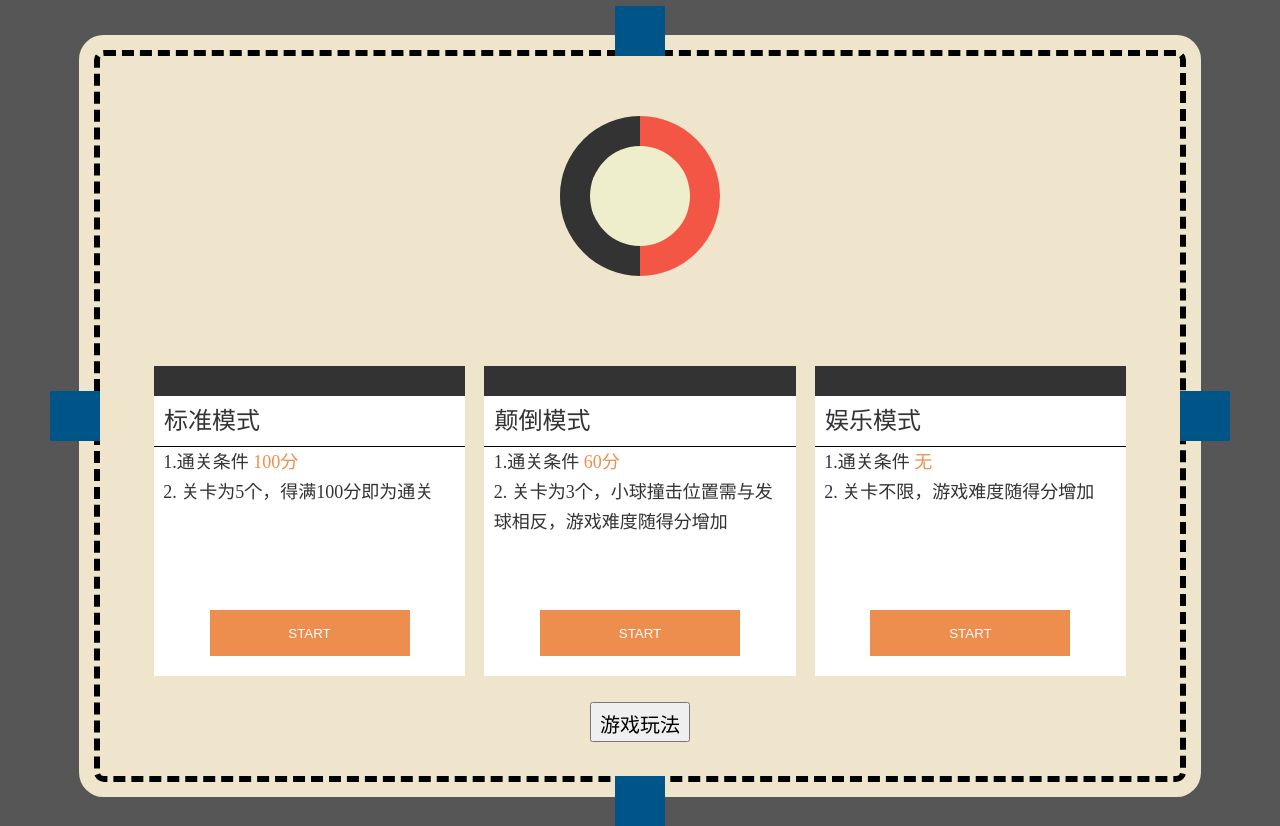
Repository: EEETA/ball-game
Page: theBall2/index.html
An editor plug-in stored every save of this project. The page is shown before and after the next save, followed by the edit.
The browser window is 1280 px wide. The pictures show the whole page.

Above is the page before, as saved 2018-08-02 16:29:29.

### theBall2/index.html
<!DOCTYPE html>
<html lang="en">
<head>
    <meta charset="UTF-8">
    <title>theBall</title>
	<link rel="stylesheet" href="style/index.css">
    <script src="js/jquery-1.8.3.min.js"></script>
	<script src="js/jquery.rotate.min.js"></script>
</head>
<body>
    <section class="box">
        <!-- 旋转div -->
        <section class="ball ballZhuan">
            <div class="redPart_box">
                <div class="redPart"></div>
            </div>
            <div class="blackPart_box">
                <div class="blackPart"></div>
            </div>
            <div class="middlePart"></div>
        </section>
        <div class="ball2"></div>

        <section class="idx_pattern">
            <!-- 主界面-游戏模式 -->
        </section>
        <section class="idx_intro">
            <!-- 主界面-游戏玩法 -->
        </section>

        <section class="game_mask">
        <!-- 游戏界面-娱乐模式遮罩提示层 -->
        </section>
        <div class="arrow">
            <!-- 升级效果 -->
        </div>
        <section class="game_shootBox">
            <!-- 游戏界面-小球发射台 -->
        </section>
        <section class="game_fraction">
            <!-- 游戏界面-分数血量显示 -->
        </section>
        <section class="game_hanlder">
            <!-- 游戏界面-结束模块 -->
        </section>
    </div>

    <script src="data/data.js"></script>
    <script>
        const patternLen = pattern.length;
        const idxPattern = document.querySelector('.idx_pattern');
        const idxIntro = document.querySelector('.idx_intro');
        const gameShootBox = document.querySelector('.game_shootBox');
        const gameFraction = document.querySelector('.game_fraction');
        const gameHanlder = document.querySelector('.game_hanlder');
        const gameMask = document.querySelector('.game_mask');
        var my=[];
        /*主界面-游戏模式*/
        for(var i=0;i<patternLen;i++){
            let idxPatternMain=`<div class="playWrap">
                                    <div class="playTit"> ${pattern[i].patternName} </div>
                                    <div class="playIntroduce">
                                        <div class="playIntroduceTxt">1.通关条件 <span style="color:#EE8E4E"> ${pattern[i].explain.condition} </span></div>
                                        <div class="playIntroduceTxt">2. ${pattern[i].explain.produce} </div>
                                    </div>
                                    <button class="start">START</button>
                                </div>`
            idxPattern.innerHTML+=idxPatternMain;
        }
        /*主界面-游戏玩法*/
        let produceTxt=`<div class="introTxt">
                            <div>
                                1.按空格键/AD可旋转 <img src="img/img1.png" alt="" class="sizeOne">
                            </div>
                            <div>
                                2.当<img src="img/img2.png" alt="" class="sizeOne">掉落时,根据模式将 <img src="img/img1.png" alt="" class="sizeOne"> 旋转到对应的颜色即可得1分,反之<span style="color:red">HP-1</span>
                            </div>
                            <div>
                                3.进入游戏后，每个玩家血量为5,右上角为分数面板 <img src="img/img3.png" alt="" class="sizeTwo"> 左侧为当前分数,右侧为当前关卡上限,分数达到上限即可进入下一关
                            </div>
                        </div>
                        <button class="introTxtBtn">游戏玩法</button>`
        idxIntro.innerHTML=produceTxt;



        /*游戏界面-小球发射台*/
        let gameShootBoxMain=`<div class="top">
                                    <div class="div_middle"></div>
                                </div>
                                <div class="bottom">
                                    <div class="div_middle"></div>
                                </div>
                                <div class="left">
                                    <div class="div_middle"></div>
                                </div>
                                <div class="right">
                                    <div class="div_middle"></div>
                                </div>`
        gameShootBox.innerHTML+=gameShootBoxMain;
        /*游戏界面-分数血量显示*/
        let gameFractionMain=`<div class="life">HP:
                                    <div class="hp_div">
                                        <div class="hp_div_main"></div>
                                    </div>
                                </div>
                                <div class="fraction">
                                    <span class="fraction_left"></span>
                                    /
                                    <span class="fraction_right"></span>
                                </div>`
        gameFraction.innerHTML=gameFractionMain;
        /*游戏界面-结束模块*/
        let gameHanlderMain=`<div class="interface">
                                <div class="over">Game Over</div>
                                <div class="success">成功通关</div>
                            </div>
                            <div class="button_box">
                                <button class="button_left">再玩一次</button>
                                <button class="button_right">返回大厅</button>
                            </div>`
        gameHanlder.innerHTML=gameHanlderMain;
        /*游戏界面-娱乐模式遮罩提示层*/
        let gameMaskMain=`<div class="Mask_span">
                                <span>按A键向左转</span>
                                <span>按D键向右转</span>
                            </div>
                            <span class="Mask_p">- 按空格键继续 -</span>`
        gameMask.innerHTML=gameMaskMain;
    </script>
    <script src="js/index.js"></script>
    <script src="js/animation.js"></script>
</body>
</html>

### theBall2/style/index.css
@charset "UTF-8";
html{background: #565656;}
body{-webkit-user-select:none;-moz-user-select:none;-ms-user-select:none; user-select:none;}
input{border: none;outline: none;-webkit-tap-highlight-color: #000000;-webkit-tap-highlight-color: rgba(0, 0, 0, 0);}
button{outline: none;}

.box{
    position: relative;
    margin: 50px auto 0;
    /* overflow: hidden; */
    width: 1080px;
    height: 720px;
    background: #eee5cc;
    border: 6px dashed #000;
    box-shadow: 0 0 0 15px #eee5cc;
    border-radius: 10px;
}
/*两种小球制作*/
.ball{
    position: relative;
    width: 160px;
    height: 160px;
    margin:60px auto 0;
    /* transform:rotate(0deg);
    -ms-transform:rotate(0deg);
    -moz-transform:rotate(0deg);
    -webkit-transform:rotate(0deg);
    -o-transform:rotate(0deg); */
    opacity:1
}
.redPart_box,.blackPart_box{
    height: 50%;
    overflow:hidden;
}
.redPart,.blackPart{
    position: relative;
    height: 160px;
    width: 160px;
    border-radius:50%
}
.redPart{background: #f45646;}
.blackPart{background: #333;top:-100%}
/* .redPart{background: #ff9b9b;}
.blackPart{background: #2aa1a7;top:-100%} */
.middlePart{
    position: absolute;
    left: 30px;
    top: 30px;
    width: 100px;
    height:100px;
    border-radius: 50%;
    background:#eec;
}
.ballZhuan{
    animation-name:rotate;
    animation-iteration-count: infinite;
    animation-duration: 4s;
    animation-timing-function: linear;
}
@keyframes rotate{
    0%{
        transform:rotate(0deg)
    }
    100%{
         transform:rotate(360deg)
    }
}



.div_middle{
    position: relative;
    margin: 0 auto;
    width: 50px;
    height: 50px;
    background: #058;
}
.div_ball{
    position: absolute;
    width: 100%;
    height:100%;
    background:#f45646;
    border-radius: 50%;
    /* top: 0;
    left: 0; */
}
.ball_middle{
    height: 75px;
    width:75px;
    border-radius: 50%;
    background: #333;
    opacity:0.5;
    position: absolute;
    top: calc(50% - 37px);
    left:calc(50% - 37px);
}
.top,.bottom{position: absolute;left:0;right:0;}
.left,.right{position: absolute;top:50%;margin-top: -25px;}
.left{left: -50px}
.right{right: -50px}
.top{top: -50px}
.bottom{bottom:-50px}
/* .left .div_middle,.right .div_middle{position: absolute;top: 106px;} */

.game_fraction{
    width: 100%;
    height: 80px;
    top:50px;
    position: absolute;
    display: none;
}
.life{width: 60%;height: 100%;display: inline-block;line-height: 80px;text-indent: 10px;color:#f00;}
.fraction{width: 30%;height: 100%;text-align: center;line-height: 80px;float: right;margin-right: 10px;font-size: 30px;}
.fraction span{color:#333;}
.firworks{width: 4px;height: 4px;position: absolute;border-radius: 50%}
.over,.success{position: absolute;top:43%;font-size: 60px;opacity:0;z-index: 30;width: 100%;text-align: center;}
.arrow{height: 300px;width: 500px;position: absolute;top: calc(50% - 150px);left: calc(50% - 250px);}
.arrow span{font-size: 30px;color: #333;position: absolute;left: calc(50% - 145px);top: 150px;opacity: 0;height: 100px;width: 300px;text-align: center;}
 .img{height:80px;width: 30px;position: absolute;}

.ball2{
    width: 0;
    height: 0;
    border-top:20px solid #f45646;
    border-bottom: 20px solid #333;
    border-left:20px solid #efa97a;
    border-right:20px solid #6dd3ce;
    border-width: 86px;
    position: absolute;
    top: calc(50% - 90px);
    left: calc(50% - 85px);
    opacity: 0;
    /* z-index: 10;
    transform:rotate(0deg); */
    /* border-radius: 50%; */
}

.button_box{
    position: absolute;
    left:0;
    right:0;
    bottom:45px;
    margin:0 auto;
    width: 380px;
    display: none;
    opacity: 0;
}
.button_left,.button_right{
    height: 46px;
    width: 150px;
    background:#333;
    border-radius:3px;
    font-size: 24px;
    color:#fff;
    cursor:pointer;
    border:none;
}
.button_left:hover,.button_right:hover{background: #f45646;}
.button_left{float:left;}
.button_right{float:right;}


/************************************游戏玩法***********************************/
.introTxtBtn{
    position: absolute;
    bottom: 34px;
    font-size: 20px;
    cursor:pointer;
    z-index: 1000;
    left: calc(50% - 50px);
    height: 40px;
    width: 100px;
    text-align: center;
    line-height: 40px
}
.introTxtBtn:hover{
    background: #333;
    color: #fff;
}
.introTxt{
    width: 500px;
    height: 530px;
    left: calc(50% - 250px);
    top: calc(50% - 300px);
    line-height: 40px;
    background: #fff;
    border-radius: 5px;
    display: none;
    z-index: 1001;
    position: absolute;
}
.sizeOne,.sizeTwo{
    position:relative;
    top: 10px;
}
.sizeOne{width: 40px;}
.sizeTwo{width: 80px;}
.introTxt div{margin:30px auto;width: 90%;font-size: 24px}
.introTxt p{display: inline-block;}



.hp_div{display: inline-block;width: 180px;height: 40px;border:1px solid red;vertical-align:middle;border-radius: 4px;}
.hp_div_main{height: 100%;width: 100%;background: red;border-radius: 3px;}


.game_mask{
    display: none;
    position: absolute;
    width: 100%;
    height: 100%;
    top: 0;
    left: 0;
    background: rgba(51,51,51,.5);
    font-size: 30px;
    color: #fff;
    z-index: 1;
}
.Mask_span{
    position: absolute;
    top:calc(50% - 100px);
    opacity: 1;
    width: 100%;
    text-align: center;
    line-height: 100px;
}
.Mask_span span{
    display: block;
}
.Mask_p {
    position: absolute;
    bottom: 150px;
    width: 100%;
    text-align: center;
    font-size:40px;
    color: #000;
    animation-name:opacity;
    animation-iteration-count: infinite;
    animation-duration: 1.8s;
}
@keyframes opacity{
    0%{
        opacity:0
    }
    50%{
        opacity: 1
    }
    100%{
        opacity:0
    }
}


/*playFour*/
.idx_pattern{
    overflow:auto;
    position: relative;
    margin: 0 auto;
    width: 90%;
    margin-top: 90px;
}
.playWrap{
    overflow: hidden;
    position: relative;
    float:left;
    width: 32%;
    height: 280px;
    background:#fff;
    color:#333;
    border-top: 30px solid;
}
.playWrap:nth-child(2){margin: 0 2%;}
.playWrap:hover{
    background: rgba(255,255,255,.7)
}
.playTit{
    /* width: 100%; */
    border-bottom: 1px solid #000;
    font-size: 24px;
    line-height: 50px;
    text-indent: 10px;
}
.playIntroduce{
    font-size: 18px;
    text-align: left;
    line-height: 30px;
    margin: 0 auto;
    width: 94%;
}
.start{
    position:absolute;
    bottom:0;
    left:0;
    right:0;
    width: 200px;
    height: 46px;
    background: #EE8E4E;
    color: #fff;
    outline: none;
    margin: 0 auto 20px;
    cursor: pointer;
    border: none;
}
.start:hover{background: rgba(51,51,51,1)}

### theBall2/data/data.js

/*
patternName：模式名称
explain：游戏说明
condition：过关条件
produce：关卡介绍
tip：其他
*/
var pattern=[
    {
        patternName:'标准模式',
        explain:{
            condition:'100分',
            produce:'关卡为5个，得满100分即为通关',
            tip:''
        }
    },
    {
        patternName:'颠倒模式',
        explain:{
            condition:'60分',
            produce:'关卡为3个，小球撞击位置需与发球相反，游戏难度随得分增加',
            tip:''
        }
    },
    {
        patternName:'娱乐模式',
        explain:{
            condition:'无',
            produce:'关卡不限，游戏难度随得分增加',
            tip:''
        }
    }
]
var gameInit=[
    {
        hp:1,
        hp_box:10,
        fraction:0,
        toplimit:10,

    }
]
// var gameHanlder={
//     gameOver="Game Over",
//     gameSuccess="游戏通关",
// }

### theBall2/js/animation.js


// 抖动效果
jQuery.fn.shake = function (intShakes /*Amount of shakes*/, intDistance /*Shake distance*/, intDuration /*Time duration*/) {
    this.each(function () {
        var jqNode = $(this);
        jqNode.css({ position: 'relative' });
        for (var x = 1; x <= intShakes; x++) {
            jqNode.animate({ left: (intDistance * -1) }, (((intDuration / intShakes) / 4)))
            .animate({ left: intDistance }, ((intDuration / intShakes) / 2))
            .animate({ left: 0 }, (((intDuration / intShakes) / 4)));
        }
    });
    return this;
}

/*撞击成功*/
success=function(r,borderSpacing){
    switch_1=1;
    $('<div class="ball_middle" style="background-color:'+$(r).css('background-color')+';display:block"></div>').appendTo(box);
    $('.ball_middle').animate({ borderSpacing:borderSpacing },{
            step:function(now){
                $(this).css('transform','scale('+now+','+now+')')
            },
            duration:200
        }
    );
    $('.ball_middle').animate({opacity:'0'},200,function(){
        this.remove();
    });
    $(r).remove();

    fractionNow++;
    $('.fraction_left').html(fractionNow);
}

fail=function(r){   //撞击失败
    switch_1=1;
    for(var i=0;i<20;i++){
        var firworks=$('<div class="firworks"></div>');
        var b=new boom(firworks,$(r).offset().left,$(r).offset().top,$(r).css('background-color'));
        b.move();
    }
    $(r).remove();
	hp--;
    fail_hp=hp*100/hp_box;
    $('.hp_div_main').animate({width:fail_hp+"%"},500);
}

boom=function(div,x,y,color){  //爆炸效果
        $('body').append(div);
        $(div).css({
            left:x+'px',
            top:y+'px',
            background:color
        });
        var speedX = (parseInt(Math.random()*2) == 0 ? 1 : -1)*parseInt(Math.random()*16 + 1);  //三目运算符随机移动方向，概率50%,为1时往正方向移动，负1时往反方向移动第二个随机数随机速度快慢
        var speedY = (parseInt(Math.random()*2) == 0 ? 1 : -1)*parseInt(Math.random()*20 + 1);

        this.move=function(){
            var i = 3;
            var time=setInterval(function(){
            i++;
            $(div).css({
                left:div[0].offsetLeft+speedX+'px',
                top:div[0].offsetTop+speedY+i+'px',
            })
            if(div[0].offsetLeft+div[0].offsetWidth>window.innerWidth|| div[0].offsetLeft<2 || div[0].offsetTop+div[0].offsetHeight>window.innerHeight || div[0].offsetTop<2 ){
                    div.remove();       //移动出可视区域记得删除div和清除定时器
                    clearInterval(time);
                }
            },1000/30)
        }
}

callarrow=function(arrow_html){  //初始化提升动画
    for(var i=0;i<10;i++){
            var a=new addarrow(i);
            a.move();
        }

    $('.arrow').append('<span>'+arrow_html+'</span>');
    $('.arrow span').animate({top:'0',opacity:1},600,function(){$(this).animate({opacity:0},800,function(){this.remove()})});

}

 addarrow=function(i){  //难度提升动画
        var leftnum=parseInt(Math.random()*500);
        var topnum=parseInt(Math.random()*400);
        var arrow=$(' <img src="img/Arrow.png" class="img">');
        var now=(Math.random()*1.1+0.75).toFixed(2);

        $('.arrow').append(arrow);
        $('.img')[i].style.cssText="top:"+topnum+"px;left:"+leftnum+"px;transform:scale("+now+","+now+")";

        this.move=function(i){
            $('.img').animate({top:'-100',opacity:'0'},700,function(){
                this.remove();
            });
        }
}
endarrow=function(innertHTML,time){
    $('.arrow').append('<span>'+innertHTML+'</span>');
    setTimeout(function(){$('.arrow span').animate({top:'0',opacity:1},1000,function(){$(this).animate({opacity:0},1500,function(){this.remove()})})},time);
}

rotate_transition=function(ball,ball2){
    $(ball).rotate({
            animateTo: 180,
            duration:300,
        }
    );
    $(ball).animate({opacity:'0'},600);
    $(ball2).animate({opacity:'1'},600);
    $(ball2).rotate({
            animateTo:-360,
            duration:600
    });
}

movejudge=function(r,rou,red,qing,black,num,numberMode){
    numbox=numList;
    if(numList>0){
        numbox=negative;
    }
    if($(r).css('background-color')=='rgb(239, 169, 122)' && numbox%360==rou){  //肉
        success(r,num);
    }else if($(r).css('background-color')=='rgb(244, 86, 70)' && numbox%360==red){  //红
        success(r,num);
    }else if($(r).css('background-color')=='rgb(109, 211, 206)' && numbox%360==qing){  //青
        success(r,num);
    }else if($(r).css('background-color')=='rgb(51, 51, 51)' && numbox%360==black){  //黑
        success(r,num);
    }else{fail(r)};

    appendball(numberMode);
    $(r).stop();
}

// Mask=function(){
//     $('.game_mask').fadeIn(300);
//     $('.Mask_p').fadeIn(800);
//     $('.Mask_span').fadeIn(800);
//     // $('.Mask_p').addClass('play');
// }


box_animation=function(height,width,speed){
    speed = speed||1000;
    $('.box').animate(
        {
            width:width+'px',
            height:height+'px',
        },
        {
            duration:speed,
        }
  	);
}

Loaded but not shown: theBall2/js/jquery-1.8.3.min.js (library); theBall2/js/jquery.rotate.min.js (library); theBall2/js/index.js (338 lines, source omitted)

After the next save:
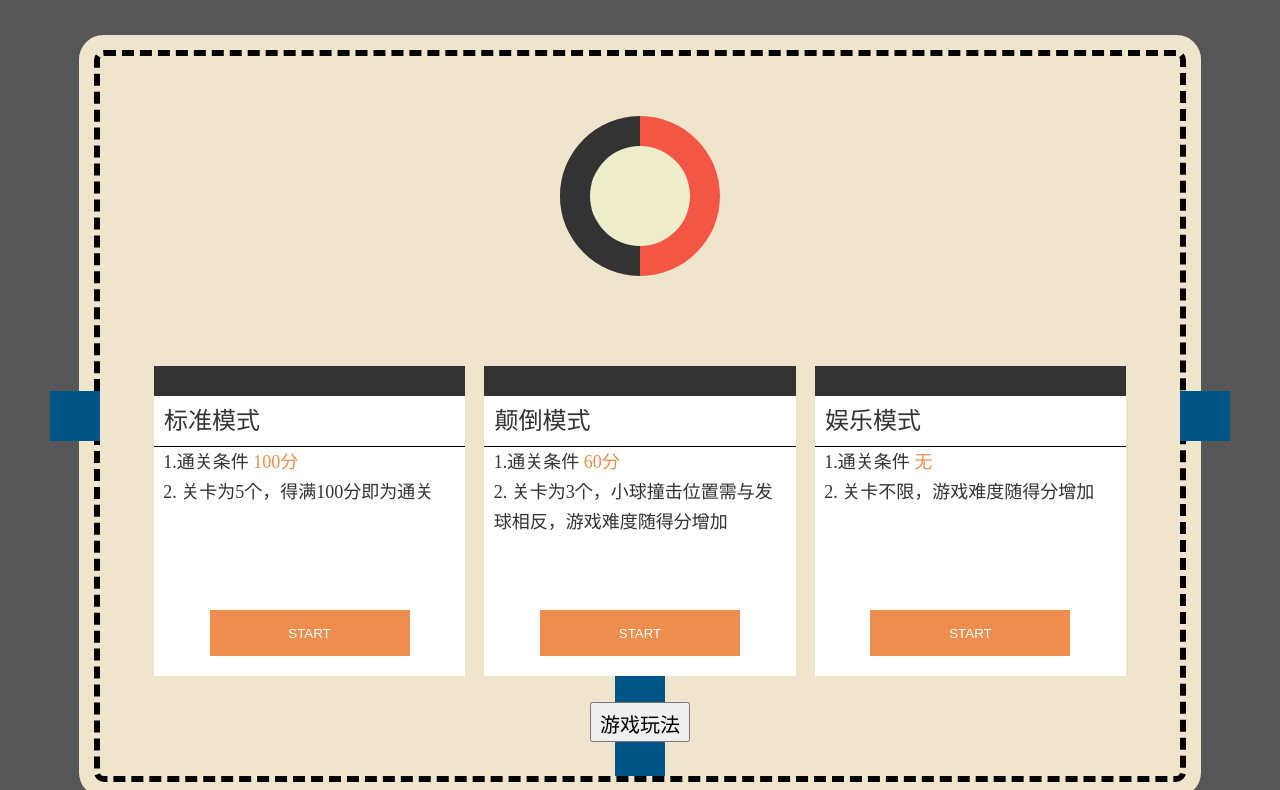
Saved 6 s later.
--- a/theBall2/style/index.css
+++ b/theBall2/style/index.css
@@ -94,7 +94,7 @@
     top: calc(50% - 37px);
     left:calc(50% - 37px);
 }
-.top,.bottom{position: absolute;left:0;right:0;}
+/* .top,.bottom{position: absolute;left:0;right:0;} */
 .left,.right{position: absolute;top:50%;margin-top: -25px;}
 .left{left: -50px}
 .right{right: -50px}

After the 4 saves that followed:
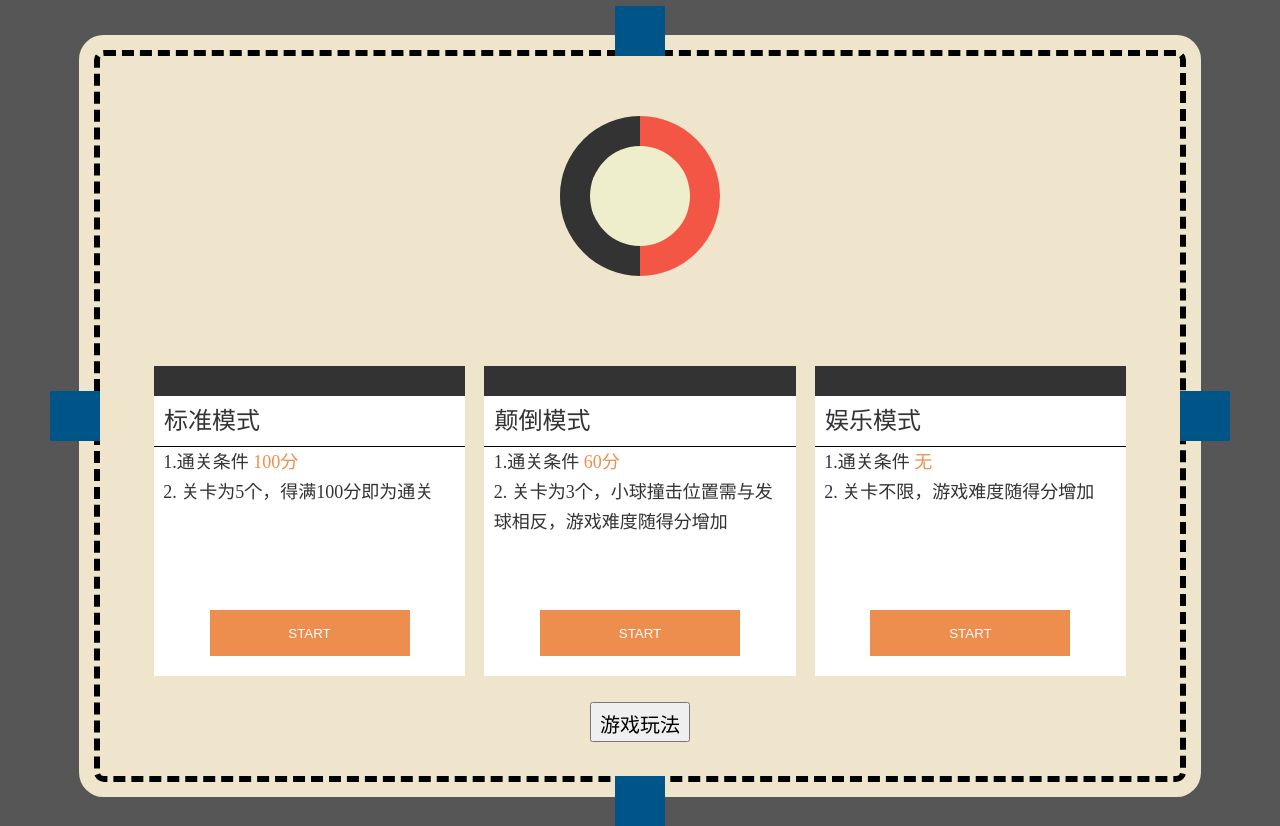
The 4 saves are shown as one change because 2 left the picture as it was and some came seconds apart.
The last was saved 32 s later.
--- a/theBall2/style/index.css
+++ b/theBall2/style/index.css
@@ -81,8 +81,6 @@
     height:100%;
     background:#f45646;
     border-radius: 50%;
-    /* top: 0;
-    left: 0; */
 }
 .ball_middle{
     height: 75px;
@@ -94,7 +92,7 @@
     top: calc(50% - 37px);
     left:calc(50% - 37px);
 }
-/* .top,.bottom{position: absolute;left:0;right:0;} */
+.top,.bottom{position: absolute;left:0;right:0;}
 .left,.right{position: absolute;top:50%;margin-top: -25px;}
 .left{left: -50px}
 .right{right: -50px}
